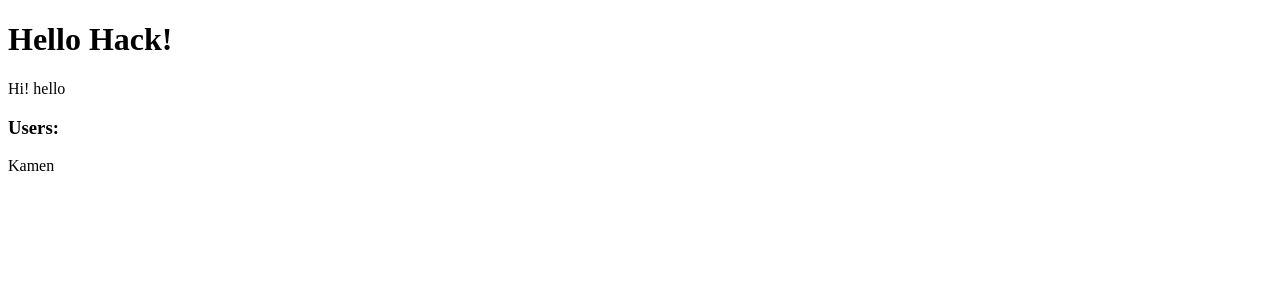
Repository: borisaltanov/HackBulgaria-Java-101
Page: http://localhost/TodooList/Index
The author's editor kept a copy of each file at every save. The page is drawn from the files as they stood at one save, then again after the next save.
The browser window is 1280 px wide. The pictures show the whole page.
The page is served by Tomcat 9.

Above is the page before, as saved 2017-02-17 17:20:52.

### java-ee/TodooList/WebContent/index.jsp
<%@ page language="java" contentType="text/html; charset=UTF-8"
	pageEncoding="UTF-8"%>

<% String hi = "Hi!"; %>
<!DOCTYPE html PUBLIC "-//W3C//DTD HTML 4.01 Transitional//EN" "http://www.w3.org/TR/html4/loose.dtd">
<html>
	<head>
		<meta http-equiv="Content-Type" content="text/html; charset=UTF-8">
		<title>${title}</title>
	</head>
	<body>
		<h1>Hello Hack!</h1>
		<%=hi %>
		${message}

		<h3>Users: </h3>
		${users.get(0)}
	</body>
</html>

### java-ee/TodooList/src/com/hackbulgaria/Index.java
package com.hackbulgaria;

import java.io.IOException;
import java.util.LinkedList;

import javax.servlet.RequestDispatcher;
import javax.servlet.ServletException;
import javax.servlet.annotation.WebServlet;
import javax.servlet.http.HttpServlet;
import javax.servlet.http.HttpServletRequest;
import javax.servlet.http.HttpServletResponse;

/**
 * Servlet implementation class Index
 */
@WebServlet("/Index")
public class Index extends HttpServlet {
	private static final long serialVersionUID = 1L;


	protected void doGet(HttpServletRequest request, HttpServletResponse response) throws ServletException, IOException {
/*		LinkedList<String> users = new LinkedList<>();

		users.add("Kamen");
		users.add("Maken");


		String usersString = "<ul>";
		for (String u : users) {
			usersString += "<li>" + u + "</li>";
		}
		usersString += "</ul>";


		response.
			getWriter()
			.write("<h1>Hello Hack!</h1>" + usersString);*/

		LinkedList<String> users = new LinkedList<>();

		users.add("Kamen");
		users.add("Maken");

		request.getSession().setAttribute("message", "hello");
		request.getSession().setAttribute("title", "ToDo List");
		request.getSession().setAttribute("users",users);

		RequestDispatcher view =
				request.getRequestDispatcher("index.jsp");

		view.forward(request, response);

	}


	protected void doPost(HttpServletRequest request, HttpServletResponse response) throws ServletException, IOException {
	}

}

After the next save:
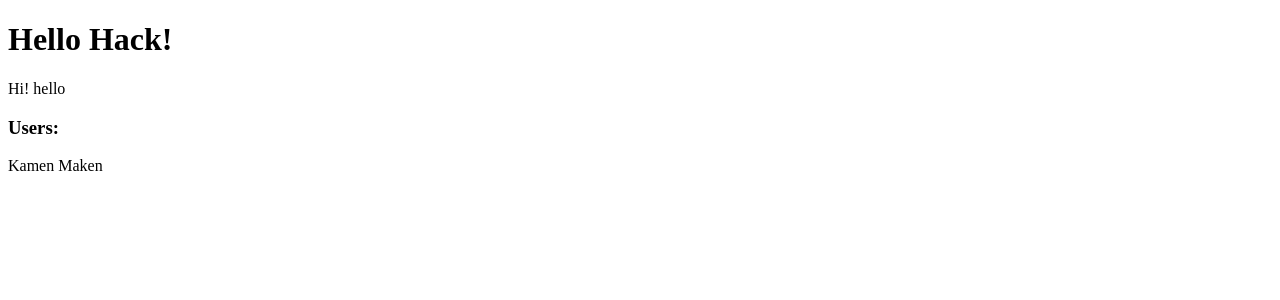
Saved 21 s later.
--- a/java-ee/TodooList/WebContent/index.jsp
+++ b/java-ee/TodooList/WebContent/index.jsp
@@ -15,5 +15,6 @@
 
 		<h3>Users: </h3>
 		${users.get(0)}
+		${users.get(1)}
 	</body>
 </html>
